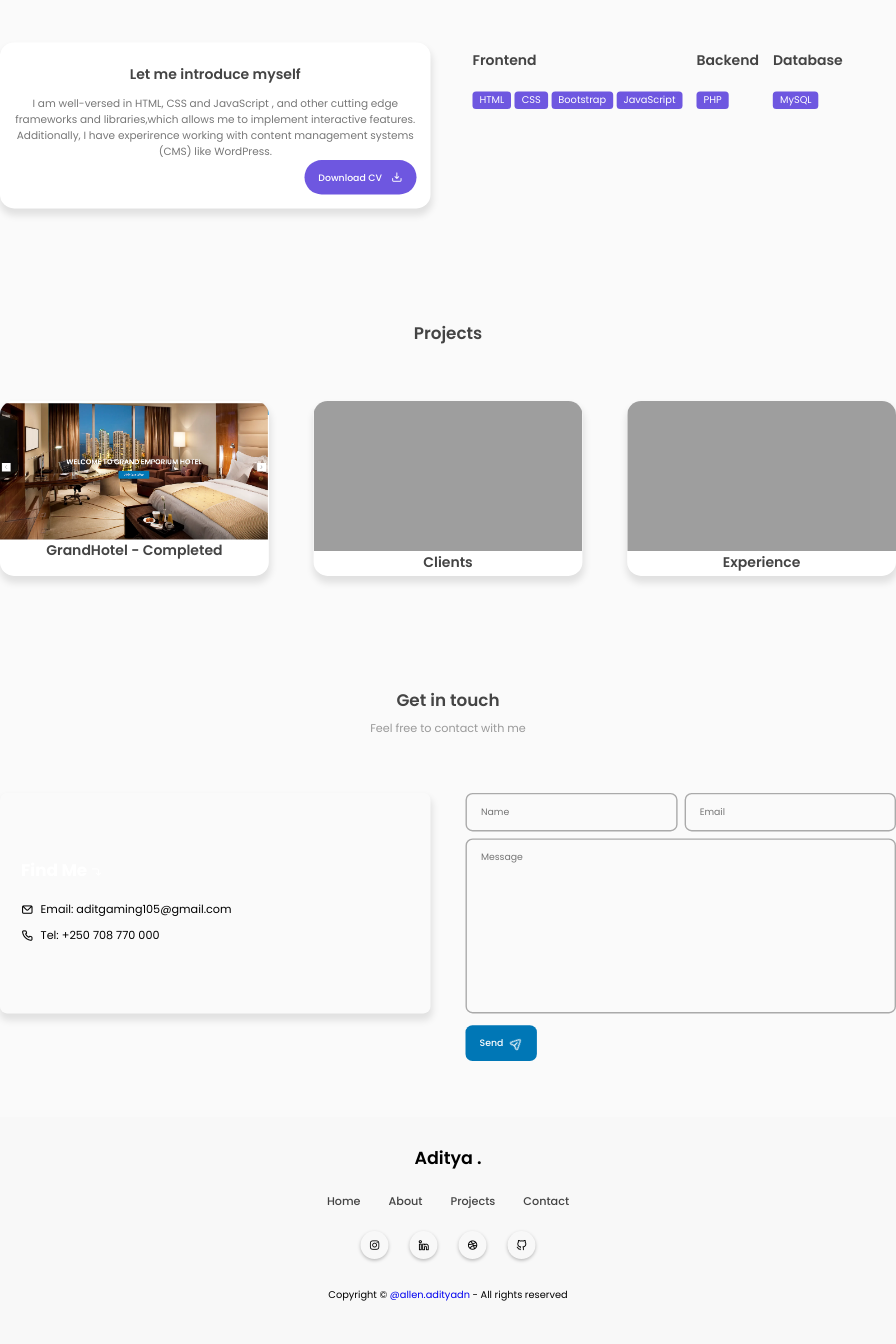
Repository: 4Kbrain/Portofolio
Page: index.html
These files come from the project's save history. The page is drawn as it stood at one moment and after the next save; the edit follows.
The browser window is 1280 px wide. The pictures show the part of the page from y = 854 to 2774 px (the page is 2774 px tall), at 70% of full size.
Pictures or frames that could not be fetched are drawn as grey boxes.

Above is the page before, as saved 2024-05-15 16:36:46.
Console error: ReferenceError: ScrollReveal is not defined

### index.html
<!DOCTYPE html>
<html lang="en">

<head>
    <meta charset="UTF-8">
    <meta name="viewport" content="width=device-width, initial-scale=1.0">
    <link rel="stylesheet" href="https://unicons.iconscout.com/release/v4.0.8/css/line.css">
    <link rel="stylesheet" href="assets/css/style.css">
    <link rel="shortcut icon" href="assets/img/favicon.png" type="image/x-icon">

    <title>Portfolio | Aditya</title>
</head>

<body>

    <div class="container">
        <!-- header -->
        <nav id="header">
            <div class="nav-logo">
                <a href="#home">
                    <p class="nav-name">Aditya</p>
                    <span>.</span>
                </a>
            </div>
            <div class="nav-menu" id="myNavMenu">
                <ul class="nav_menu_list">
                    <li class="nav_list">
                        <a href="#home" class="nav-link active-link">Home</a>
                        <div class="circle"></div>
                    </li>
                    <li class="nav_list">
                        <a href="#about" class="nav-link">About</a>
                        <div class="circle"></div>
                    </li>
                    <li class="nav_list">
                        <a href="#projects" class="nav-link">Projects</a>
                        <div class="circle"></div>
                    </li>
                    <li class="nav_list">
                        <a href="#contact" class="nav-link">Contact</a>
                        <div class="circle"></div>
                    </li>
                </ul>
            </div>
            <div class="nav-button">
                <a id="downloadCVButton" href="assets/CV/Aditya%20CV.pdf" download="CV.pdf" class="btn">Download CV <i
                        class="uil uil-file-alt"></i></a>
            </div>
            <div class="nav-menu-btn">
                <i class="uil uil-bars" onclick="myMenuFunction()"></i>
            </div>
        </nav>

        <!-- -------------- MAIN ---------------- -->
        <main class="wrapper">
            <!-- -------------- FEATURED BOX ---------------- -->
            <section class="featured-box" id="home">
                <div class="featured-text">
                    <div class="featured-text-card">
                        <span>Aditya Dwi Nugroho</span>
                    </div>
                    <div class="featured-name">
                        <p>I'm <span class="typedText"></span></p>
                    </div>
                    <div class="featured-text-info">
                        <p>Experienced frontend developer with a passion for creating visually stunning
                            and user-friendly websites.
                        </p>
                    </div>
                    <div class="featured-text-btn">
                        <button class="btn blue-btn">Contact Me</button>
                        <a id="downloadCVButton" href="assets/CV/Aditya%20CV.pdf" download="CV.pdf" class="btn">Download CV <i class="uil uil-file-alt"></i></a>

                    </div>
                    <div class="social_icons">
                        <div class="icon"><a href="https://www.instagram.com/allen.adityadn/"><i class="uil uil-instagram"></i></a></div>
                        <div class="icon"><a href="https://wa.me/0895339926715"><i class="uil uil-whatsapp"></i></a></div>
                        <div class="icon"><a href="https://github.com/4Kbrain"><i class="uil uil-github-alt"></i></a></div>

                    </div>
                </div>
                <div class="featured-image">
                    <div class="image">
                        <img src="assets/img/avatar.png" alt="avatar">
                    </div>
                </div>
                <!-- <div c
         -->
    </div>

    </section>
    <!-- -------------- ABOUT BOX ---------------- -->
    <section class="section" id="about">
        <div class="top-header">
            <h1>About Me</h1>
        </div>
        <div class="row">
            <div class="col">
                <div class="about-info">
                    <h3>Let me introduce myself</h3>
                    <p>I am well-versed in HTML, CSS and JavaScript , and other cutting edge
                        frameworks and libraries,which allows me to implement interactive features.
                        Additionally, I have experirence working with content management systems (CMS) like
                        WordPress.
                    </p>
                    <div class="about-btn">
                        <a href="assets/CV/Aditya%20CV.pdf" download>
                            <button class="btn">Download CV <i class="uil uil-import"></i></button>
                          </a>

                    </div>
                </div>
            </div>
            <div class="col">
                <div class="skills-box">
                    <div class="skills-header">
                        <h3>Frontend</h3>
                    </div>
                    <div class="skills-list">
                        <span>HTML</span>
                        <span>CSS</span>
                        <span>Bootstrap</span>
                        <span>JavaScript</span>
                    </div>
                </div>
                <div class="skills-box">
                    <div class="skills-header">
                        <h3>Backend</h3>
                    </div>
                    <div class="skills-list">
                        <span>PHP</span>
                    </div>
                </div>
                <div class="skills-box">
                    <div class="skills-header">
                        <h3>Database</h3>
                    </div>
                    <div class="skills-list">
                        <span>MySQL</span>
                    </div>
                </div>
            </div>
        </div>
    </section>

    <!-- -------------- PROJECT BOX ---------------- -->

    <section class="section" id="projects">
        <div class="top-header">
            <h1>Projects</h1>
        </div>
        <div class="project-container">
            <div class="project-box">
                <img src="assets/img/GrandHotel.png" alt="Grand Hotel Project" class="project-image">
                <h3>GrandHotel - Completed</h3>
                <label class="clear">A</label>
            </div>
            <div class="project-box">
                <img src="path/to/your/image2.jpg" alt="Project Image 2" class="project-image">
                <h3>Clients</h3>
                <label>25+ Happy Clients</label>
            </div>
            <div class="project-box">
                <img src="path/to/your/image3.jpg" alt="Project Image 3" class="project-image">
                <h3>Experience</h3>
                <label>7+ Years in the field</label>
            </div>
        </div>
    </section>



  <!-- Contact me  -->

    <section class="section" id="contact">
        <div class="top-header">
            <h1>Get in touch</h1>
            <span>Feel free to contact with me</span>
        </div>
        <div class="row">
            <div class="col">
                <div class="contact-info">
                    <h2>Find Me <i class="uil uil-corner-right-down"></i></h2>
                    <p><i class="uil uil-envelope"></i> Email: aditgaming105@gmail.com</p>
                    <p><i class="uil uil-phone"></i> Tel: +250 708 770 000</p>
                </div>
            </div>
            <div class="col">
                <div class="form-control">
                    <div class="form-inputs">
                        <input type="text" class="input-field" placeholder="Name">
                        <input type="text" class="input-field" placeholder="Email">
                    </div>
                    <div class="text-area">
                        <textarea placeholder="Message"></textarea>
                    </div>
                    <div class="form-button">
                        <button class="btn">Send <i class="uil uil-message"></i></button>
                    </div>
                </div>
            </div>
        </div>
    </section>

    </main>

    <!-- Footer -->
    <footer>
        <div class="top-footer">
            <p>Aditya .</p>
        </div>
        <div class="middle-footer">
            <ul class="footer-menu">
                <li class="footer_menu_list">
                    <a href="#home">Home</a>
                </li>
                <li class="footer_menu_list">
                    <a href="#about">About</a>
                </li>
                <li class="footer_menu_list">
                    <a href="#projects">Projects</a>
                </li>
                <li class="footer_menu_list">
                    <a href="#contact">Contact</a>
                </li>
            </ul>
        </div>
        <div class="footer-social-icons">
            <div class="icon"><i class="uil uil-instagram"></i></div>
            <div class="icon"><i class="uil uil-linkedin-alt"></i></div>
            <div class="icon"><i class="uil uil-dribbble"></i></div>
            <div class="icon"><i class="uil uil-github-alt"></i></div>
        </div>
        <div class="bottom-footer">
            <p>Copyright &copy; <a href="https://www.instagram.com/allen.adityadn/" style="text-decoration: none;">@allen.adityadn</a> - All rights reserved</p>
        </div>
    </footer>

    </div>

    <script src="https://unpkg.com/typed.js@2.0.16/dist/typed.umd.js"></script>
    <script src="assets/js/script.js"></script>
</body>

</html>

### assets/css/style.css
@import url('https://fonts.googleapis.com/css2?family=Poppins:wght@400;500;600;700&display=swap');

:root{
    --body-color: rgb(250, 250, 250);
    --color-white: rgb(255, 255, 255);

    --text-color-second: rgb(68, 68, 68);
    --text-color-third: rgb(30, 159, 171);

    --first-color: rgb(110, 87, 224);
    --first-color-hover: rgb(40, 91, 212);

    --second-color: #0077b6;
    --third-color: rgb(192, 166, 49);
    --first-shadow-color: rgba(0, 0, 0, 0.1);

}

*{
    margin: 0;
    padding: 0;
    box-sizing: border-box;
    font-family: 'Poppins', sans-serif;
}


* a {
    text-decoration: none;
}

html{
    scroll-behavior: smooth;
}

::-webkit-scrollbar{
    width: 10px;
    border-radius: 25px;
}
::-webkit-scrollbar-track{
    background: #f1f1f1;
}
::-webkit-scrollbar-thumb{
    background: #ccc;
    border-radius: 30px;
}
::-webkit-scrollbar-thumb:hover{
    background: #bbb;
}

.btn{
    font-weight: 500;
    padding: 12px 20px;
    background: #efefef;
    border: none;
    border-radius: 10px;
    cursor: pointer;
    transition: .4s;
}
.btn>i{
    margin-left: 10px;
}
.btn:hover{
    background: var(--second-color);
    color: var(--color-white);
}

i{
    font-size: 16px;
}

body{
    background: var(--body-color);
    overflow-x: hidden;
}
.container{
    width: 100%;
    position: relative;
}

nav{
    position: fixed;
    display: flex;
    justify-content: space-between;
    width: 100%;
    height: 90px;
    line-height: 90px;
    background: var(--body-color);
    padding-inline: 9vw;
    transition: .3s;
    z-index: 100;
}
.nav-logo{
   position: relative;
}
.nav-name{
    font-size: 30px;
    font-weight: 600;
    color: var(--text-color-third);
}
.nav-logo span{
    position: absolute;
    top: -15px;
    right: -20px;
    font-size: 5em;
    color: var(--text-color-second);
}
.nav-menu, .nav_menu_list{
    display: flex;
}
.nav-menu .nav_list{
    list-style: none;
    position: relative;
}

.nav-link{
    text-decoration: none;
    color: var(--text-color-second);
    font-weight: 500;
    padding-inline: 15px;
    margin-inline: 20px;
}
.nav-menu-btn{
    display: none;
}
.nav-menu-btn i{
    font-size: 28px;
    cursor: pointer;
}
.active-link{
    position: relative;
    color: var(--first-color);
    transition: .3;
}
.active-link::after{
    content: '';
    position: absolute;
    left: 50%;
    bottom: -15px;
    transform: translate(-50%, -50%);
    width: 5px;
    height: 5px;
    background: var(--first-color);
    border-radius: 50%;
}

.wrapper{
    padding-inline: 10vw;
}

.featured-box{
    position: relative;
    display: flex;
    height: 100vh;
    min-height: 700px;
}

.featured-text{
    position: relative;
    display: flex;
    justify-content: center;
    align-content: center;
    min-height: 80vh;
    flex-direction: column;
    width: 50%;
    padding-left: 20px;
}
.featured-text-card span{
    background: var(--third-color);
    color: var(--color-white);
    padding: 3px 8px;
    font-size: 12px;
    border-radius: 5px;
}
.featured-name{
    font-size: 50px;
    font-weight: 600;
    color: var(--text-color-second);
    margin-block: 20px;
}
.typedText{
    text-transform: capitalize;
    color: var(--text-color-third);
}
.featured-text-info{
    font-size: 15px;
    margin-bottom: 30px;
    color: var(--text-color-second);
}
.featured-text-btn{
    display: flex;
    gap: 20px;
}
.featured-text-btn>.blue-btn{
    background: var(--first-color);
    color: var(--color-white);
}
.featured-text-btn>.blue-btn:hover{
    background: var(--first-color-hover);
}
.social_icons{
    display: flex;
    margin-top: 5em;
    gap: 30px;
}
.icon{
    display: flex;
    justify-content: center;
    align-items: center;
    width: 40px;
    height: 40px;
    border-radius: 50%;
    box-shadow: 0px 2px 5px 0px rgba(0, 0, 0, 0.25);
    cursor: pointer;
}
.icon:hover{
    color: var(--first-color);
}

.featured-image{
    display: flex;
    justify-content: right;
    align-content: center;
    min-height: 80vh;
    width: 50%;
}
.image{
    margin: auto 0;
    width: 380px;
    height: 380px;
    border-radius: 55% 45% 55% 45%;
    overflow: hidden;
    animation: imgFloat 7s ease-in-out infinite;
}
.image img{
    width: 380px;
    height: 380px;
    object-fit: cover;
}
@keyframes imgFloat {
    50%{
        transform: translateY(10px);
        border-radius: 45% 55% 45% 55%;
    }
}
.scroll-btn{
   position: absolute;
   bottom: 0;
   left: 50%;
   translate: -50%;
   display: flex;
   justify-content: center;
   align-items: center;
   width: 150px;
   height: 50px;
   gap: 5px;
   text-decoration: none;
   color: var(--text-color-second);
   background: var(--color-white);
   border-radius: 30px;
   box-shadow: 0 2px 5px 0 rgba(0, 0, 0, 0.25);
}
.scroll-btn i{
    font-size: 20px;
}

.section{
    padding-block: 5em;
}
.row{
    display: flex;
    justify-content: space-between;
    width: 100%;
    gap: 50px;
}
.col{
    display: flex;
    width: 50%;
}

.top-header{
    text-align: center;
    margin-bottom: 5em;
}
.top-header h1{
    font-weight: 600;
    color: var(--text-color-second);
    margin-bottom: 10px;
}
.top-header span{
    color: #999;
}
h3{
    font-size: 20px;
    font-weight: 600;
    color: var(--text-color-second);
    margin-bottom: 15px;
}

.about-info{
    position: relative;
    display: flex;
    align-items: center;
    flex-direction: column;
    padding-block: 30px 70px;
    padding-inline: 20px;
    width: 100%;
    background: var(--color-white);
    box-shadow: 1px 8px 10px 2px var(--first-shadow-color);
    border-radius: 20px;
}
.about-info p{
    text-align: center;
    font-size: 15px;
    color: #777;
}
.about-btn button{
    position: absolute;
    right: 20px;
    bottom: 20px;
    background: var(--first-color);
    color: var(--color-white);
    border-radius: 30px;
}
.about-btn button:hover{
    background: var(--first-color-hover);
}

.skills-box{
    margin: 10px;
}
.skills-header{
    margin-bottom: 30px;
}
.skills-list{
    display: flex;
    flex-wrap: wrap;
    gap: 5px;
}
.skills-list span{
    font-size: 14px;
    background: var(--first-color);
    color: var(--color-white);
    padding: 2px 10px;
    border-radius: 5px;
}

/* Project */
.project-container {
    display: flex;
    width: 100%;
    justify-content: space-between;
    gap: 20px;
    flex-wrap: wrap;
}

.project-box {
    position: relative;
    display: flex;
    justify-content: center;
    align-items: center;
    flex-direction: column;
    width: 30%;
    height: 250px;
    background: var(--color-white);
    border-radius: 20px;
    box-shadow: 1px 8px 10px 2px var(--first-shadow-color);
    overflow: hidden;
    text-align: center;
}

.project-image {
    width: 100%;
    height: 100%;
    object-fit: cover;
    transition: opacity 0.4s;
}

.project-box:hover .project-image {
    opacity: 0.5;
}

.project-box h3, .project-box label {
    position: relative;
    z-index: 2;
}

/* Contact me */

.contact-info{
    position: relative;
    display: flex;
    flex-direction: column;
    justify-content: center;
    align-items: left;
    padding: 20px 30px;
    width: 100%;
    height: 315px;
    border-radius: 10px;
    box-shadow: 1px 8px 10px 2px var(--first-shadow-color);
    overflow: hidden;
}
.contact-info>h2{
    color: var(--color-white);
    margin-bottom: 20px;
}
.contact-info>p{
    display: flex;
    align-items: center;
    gap: 10px;
    color: #000;
    margin-block: 5px;
}
.contact-info p>i{
    font-size: 18px;
}
.form-control{
    display: flex;
    flex-direction: column;
    gap: 10px;
    width: 100%;
}
.form-inputs{
    display: flex;
    gap: 10px;
    width: 100%;
}
.input-field{
    width: 50%;
    height: 55px;
    background: transparent;
    border: 2px solid #AAA;
    border-radius: 10px;
    padding-inline: 20px;
    outline: none;
}
textarea{
    width: 100%;
    height: 250px;
    background: transparent;
    border: 2px solid #AAA;
    border-radius: 10px;
    padding: 15px 20px;
    outline: none;
    resize: none;
}
.form-button>.btn{
    display: flex;
    align-items: center;
    justify-content: center;
    background: var(--second-color);
    color: var(--color-white);
}
.form-button>.btn:hover{
    background: #00B5E7;
}
.form-button i{
    font-size: 18px;
    rotate: -45deg;
}

footer{
    display: flex;
    justify-content: center;
    align-items: center;
    flex-direction: column;
    row-gap: 30px;
    background: #F8F8F8;
    padding-block: 40px 60px;
}
.top-footer p{
    font-size: 25px;
    font-weight: 600;
}
.middle-footer .footer-menu{
    display: flex;
}
.footer_menu_list{
    list-style: none;
}
.footer_menu_list a{
    text-decoration: none;
    color: var(--text-color-second);
    font-weight: 500;
    margin-inline: 20px;
}
.footer-social-icons{
    display: flex;
    gap: 30px;
}
.bottom-footer{
    font-size: 14px;
    margin-top: 10px;
}

@media only screen and (max-width: 1024px){
    .featured-text{
        padding: 0;
    }
    .image, .image img{
        width: 320px;
        height: 320px;
    }
}

@media only screen and (max-width: 900px) {
    .nav-button{
        display: none;
    }
    .nav-menu.responsive{
        left: 0;
    }
    .nav-menu{
        position: fixed;
        top: 80px;
        left: -100%;
        flex-direction: column;
        justify-content: center;
        align-items: center;
        background: rgba(255, 255, 255, 0.7);
        backdrop-filter: blur(20px);
        width: 100%;
        min-height: 450px;
        height: 90vh;
        transition: .3s;
    }
    .nav_menu_list{
        flex-direction: column;
    }
    .nav-menu-btn{
        display: flex;
        align-items: center;
        justify-content: center;
    }
    .featured-box{
        flex-direction: column;
        justify-content: center;
        height: 100vh;
    }
    .featured-text{
        width: 100%;
        order: 2;
        justify-content: center;
        align-content: flex-start;
        min-height: 60vh;
    }
    .social_icons{
        margin-top: 2em;
    }
    .featured-image{
        order: 1;
        justify-content: center;
        min-height: 150px;
        width: 100%;
        margin-top: 65px;
    }
    .image, .image img{
        width: 150px;
        height: 150px;
    }
    .row{
        display: flex;
        flex-direction: column;
        justify-content: center;
        gap: 50px;
    }
    .col{
        display: flex;
        justify-content: center;
        width: 100%;
    }
    .about-info, .contact-info{
        width: 100%;
    }
    .project-container{
        justify-content: center;
    }
    .project-box{
        width: 80%;
    }

}

@media only screen and (max-width: 540px){
    .featured-name{
        font-size: 40px;
    }
    .project-box{
        width: 100%;
    }
    .form-inputs{
        flex-direction: column;
    }
    .input-field{
        width: 100%;
    }
}

Loaded but not shown: assets/js/script.js (124 lines, source omitted)

After the next save:
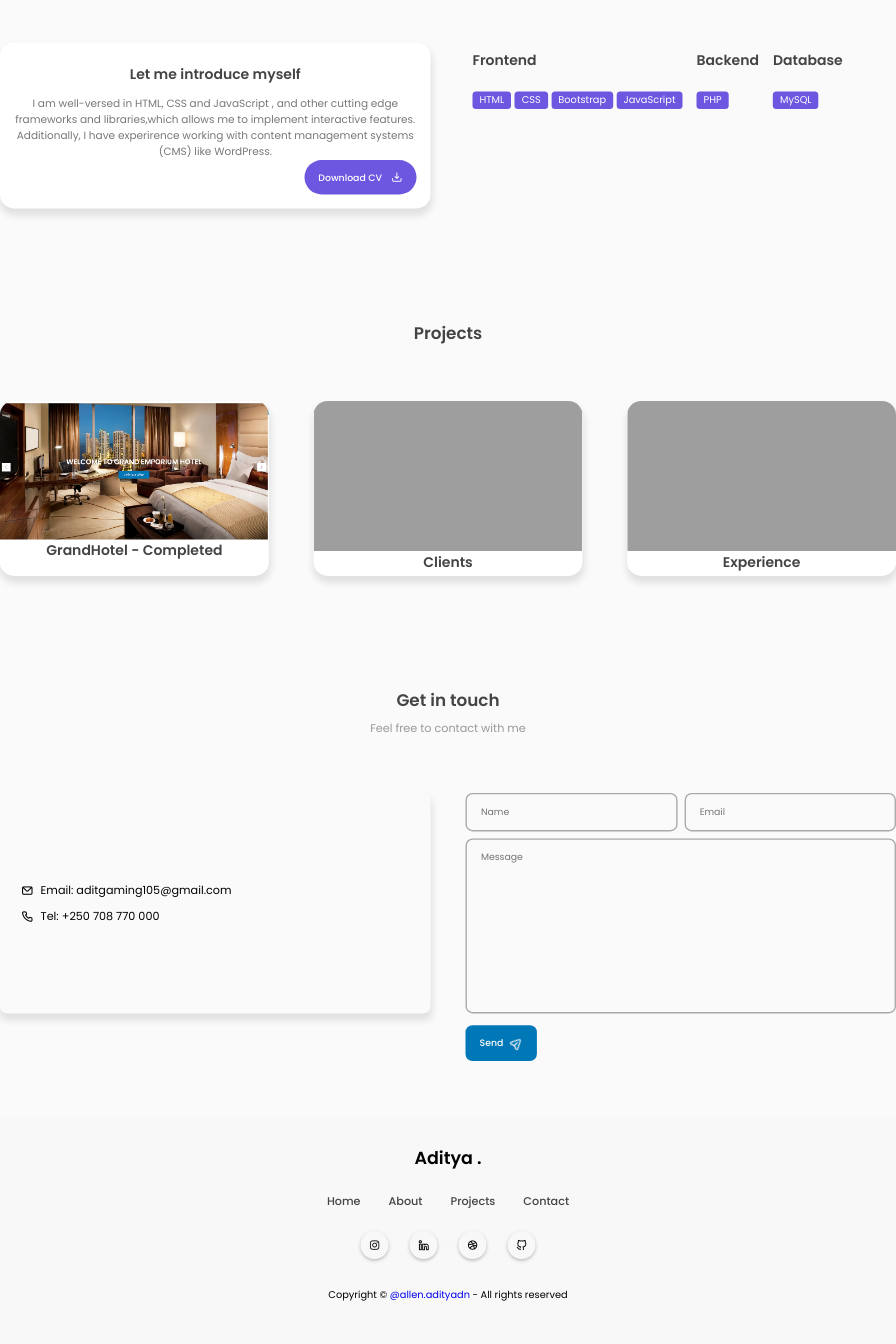
Saved 20 s later.
--- a/index.html
+++ b/index.html
@@ -180,7 +180,6 @@
         <div class="row">
             <div class="col">
                 <div class="contact-info">
-                    <h2>Find Me <i class="uil uil-corner-right-down"></i></h2>
                     <p><i class="uil uil-envelope"></i> Email: aditgaming105@gmail.com</p>
                     <p><i class="uil uil-phone"></i> Tel: +250 708 770 000</p>
                 </div>
